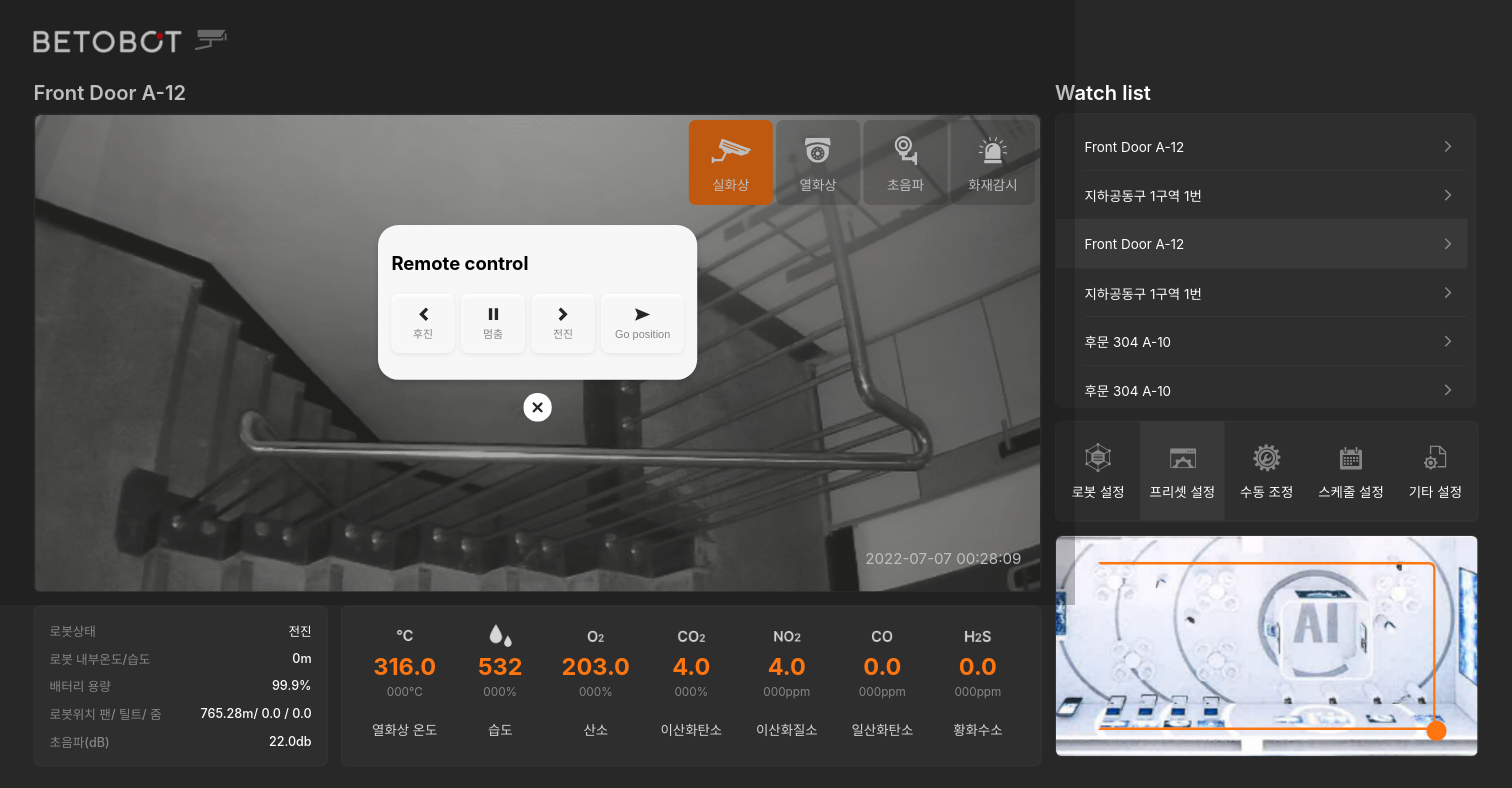
Repository: jang0ha/betobot
Page: content/main/main.html
An editor plug-in stored every save of this project. The page is shown before and after the next save, followed by the edit.
The browser window is 1280 px wide. The page is 1800 px wide, so the pictures cover 1800 px, including what lies to the right of the window. The pictures show the whole page, at 84% of full size.
Some web fonts or font styles are not loaded; a fallback is used. The style sheet was rebuilt from its Sass, Less or Tailwind sources for each picture, by a compiler version that may differ from the author's.

Above is the page before, as saved 2022-07-20 14:59:12.

### content/main/main.html
<!DOCTYPE html>
<html lang="en">

<head>
    <meta charset="UTF-8">
    <meta http-equiv="X-UA-Compatible" content="IE=edge">
    <!-- <meta name="viewport" content="width=device-width, initial-scale=1.0">
    <meta name="viewport" content="width=device-width, user-scalable=no, initial-scale=1.0"> -->
    <meta name="format-detection" content="telephone=no">
    <title>BETOBOT</title>

    <!-- 스타일 css -->
    <link rel="stylesheet" href="/resources/css/style.css">



    <!-- 제이쿼리 js -->
    <script src="/resources/js/jquery/jquery.min.js"></script>
    <script src="/resources/lib/jquery-ui/jquery-ui.min.js"></script>

    <!-- gsap -->
    <script src="/resources/lib/gsap/gsap.min.js"></script>
</head>
<body id="main">
    <div id="wrap">
        <!-- 헤더 -->
        <div id="header-block">
            <header>
                <div class="container">
                    <div class="header-wrap">
                        <a href="#none" class="logo-wrap">
                            <img src="../../resources/images/icon-logo.png" alt="BETOBOT 로고 이미지" class="logo">
                            <img src="../../resources/images/icon-camera.svg" alt="로고 카메라 이미지" class="logo-camera">
                        </a>
                    </div>
                </div>
            </header>
        </div>

        <!-- 컨텐츠 -->
        <div id="content-block">
            <main id="content" role="main">
                <div class="container">
                    <div class="row-wrap">
                        <!-- 왼쪽 시작-->
                        <div class="left-container">
                            <div class="title">Front Door A-12</div>
                            <div class="row-wrap">
                                <div class="front-list-wrap card" style="background-image:url('../../resources/images/@sample-front-img.png')">
                                    <div class="front-btn-wrap">
                                        <ul>
                                            <li>
                                                <a href="javascript:;"  class="active">
                                                    <i class="icon-front-camera"></i>
                                                    <p>실화상</p>
                                                </a>
                                            </li>
                                            <li>
                                                <a href="javascript:;" >
                                                    <i class="icon-front-temper"></i>
                                                    <p>열화상</p>
                                                </a>
                                            </li>
                                            <li>
                                                <a href="javascript:;">
                                                    <i class="icon-front-wave"></i>
                                                    <p>초음파</p>
                                                </a>
                                            </li>
                                            <li>
                                                <a href="javascript:;">
                                                    <i class="icon-front-fire"></i>
                                                    <p>화재감시</p>
                                                </a>
                                            </li>
                                        </ul>
                                    </div>

                                    <div class="front-date-wrap">
                                        2022-07-07 00:28:09
                                    </div>
                                </div>

                                <div class="row-wrap">
                                    <div class="robot-information-wrap card">
                                        <ul>
                                            <li>
                                                <span class="index">로봇상태</span>
                                                <span class="index-information">전진</span>
                                            </li>
                                            <li>
                                                <span class="index">로봇 내부온도/습도</span>
                                                <span class="index-information">0m</span>
                                            </li>
                                            <li>
                                                <span class="index">배터리 용량</span>
                                                <span class="index-information">99.9%</span>
                                            </li>
                                            <li>
                                                <span class="index">로봇위치 팬/ 틸트/ 줌</span>
                                                <span class="index-information">765.28m/ 0.0 / 0.0</span>
                                            </li>
                                            <li>
                                                <span class="index">초음파(dB)</span>
                                                <span class="index-information">22.0db</span>
                                            </li>
                                        </ul>
                                    </div>
                                    <div class="sensor-information-wrap card">
                                        <ul>
                                            <li>
                                                <i class="icon-info-temper"></i>
                                                <strong>316.0</strong>
                                                <small>000℃</small>
                                                <p class="name">열화상 온도</p>
                                            </li>
                                            <li>
                                                <i class="icon-info-humidity"></i>
                                                <strong>532</strong>
                                                <small>000%</small>
                                                <p class="name">습도</p>
                                            </li>
                                            <li>
                                                <i class="icon-info-o2"></i>
                                                <strong>203.0</strong>
                                                <small>000%</small>
                                                <p class="name">산소</p>
                                            </li>
                                            <li>
                                                <i class="icon-info-co2"></i>
                                                <strong>4.0</strong>
                                                <small>000%</small>
                                                <p class="name">이산화탄소</p>
                                            </li>
                                            <li>
                                                <i class="icon-info-no2"></i>
                                                <strong>4.0</strong>
                                                <small>000ppm</small>
                                                <p class="name">이산화질소</p>
                                            </li>
                                            <li>
                                                <i class="icon-info-co"></i>
                                                <strong>0.0</strong>
                                                <small>000ppm</small>
                                                <p class="name">일산화탄소</p>
                                            </li>
                                            <li>
                                                <i class="icon-info-h2s"></i>
                                                <strong>0.0</strong>
                                                <small>000ppm</small>
                                                <p class="name">황화수소</p>
                                            </li>
                                        </ul>
                                    </div>
                                </div>
                            </div>
                        </div>
                        <!-- 왼쪽 끝 -->

                        <!-- 오른쪽 시작  -->
                        <div class="right-container">
                            <div class="title">Watch list</div>
                            <div class="row-wrap">
                                <div class="watch-list-wrap card">
                                    <ul>
                                        <li><a href="javascript:;" ><div><span>Front Door A-12</span><i class="icon-arrow-right"></i></div></a></li>
                                        <li><a href="javascript:;" ><div><span>지하공동구 1구역 1번</span><i class="icon-arrow-right"></i></div></a></li>
                                        <li><a href="javascript:;" class="active"><div><span>Front Door A-12</span><i class="icon-arrow-right"></i></div></a></li>
                                        <li><a href="javascript:;" ><div><span>지하공동구 1구역 1번</span><i class="icon-arrow-right"></i></div></a></li>
                                        <li><a href="javascript:;" ><div><span>후문 304 A-10</span><i class="icon-arrow-right"></i></div></a></li>
                                        <li><a href="javascript:;" ><div><span>후문 304 A-10</span><i class="icon-arrow-right"></i></div></a></li>
                                    </ul>
                                </div>
                                <div class="watch-list-btn-wrap card">
                                    <ul>
                                        <li>
                                            <a href="javascript:;" >
                                                <i class="icon-menu-robot"></i>
                                                <p>로봇 설정</p>
                                            </a>
                                        </li>
                                        <li>
                                            <a href="javascript:;" class="active">
                                                <i class="icon-menu-preset"></i>
                                                <p>프리셋 설정</p>
                                            </a>
                                        </li>
                                        <li>
                                            <a href="javascript:;" >
                                                <i class="icon-menu-handwork"></i>
                                                <p>수동 조정</p>
                                            </a>
                                        </li>
                                        <li>
                                            <a href="javascript:;" >
                                                <i class="icon-menu-schedule"></i>
                                                <p>스케줄 설정</p>
                                            </a>
                                        </li>
                                        <li>
                                            <a href="javascript:;" >
                                                <i class="icon-menu-etc"></i>
                                                <p>기타 설정</p>
                                            </a>
                                        </li>
                                    </ul>
                                </div>
                                <div class="watch-map card" style="background-image: url('../../resources/images/@floor-plan.png');">
                                    <div class="line">
                                        <div class="robot"></div>
                                    </div>
                                </div>
                                <!-- <div class="m-5">
                                    <div class="mb-3 p-2 border d-inline"><button type="button" id="play"> 재생 </button></div>
                                    <div class="mb-3 p-2 border d-inline"><button type="button" id="pause"> 정지 </button></div>
                                    <input type="text" value="" placeholder="left(%)" id="leftVal">
                                    <input type="text" value="" placeholder="top(%)" id="topVal">
                                    <button type="button" onclick="moveRobot()"> 이동 </button>
                                </div>
                             -->
                            </div>
                        </div>
                        <!-- 오른쪽 끝 -->
                    </div>
                </div>
            </main>
        </div>
    </div>


    <!-- 팝업  수동 조절 시작 -->
    <div class="popup show">
        <div class="popup-content">
            <div class="popup-header">Remote control</div>
            <div class="popup-body">
                <div class="remote-direction-wrap">
                    <button type="button" class="remote-btn">
                            <i class="icon-remote-backup"></i>
                            <p>후진</p>
                    </button>
                    <button type="button" class="remote-btn">
                        <i class="icon-remote-pause"></i>
                        <p>멈춤</p>
                    </button>
                    <button type="button" class="remote-btn">
                        <i class="icon-remote-forward"></i>
                        <p>전진</p>
                    </button>
                    <button type="button" class="remote-btn position">
                        <i class="icon-remote-go-position"></i>
                        <p>Go position</p>
                    </button>
                </div>

                <div class="remote-ptz-wrap">

                </div>
            </div>
            <div class="close-btn">
                <i class="icon-popup-close"></i>
            </div>
        </div>

    </div>
    <!-- 팝업  수동 조절 끝 -->

    <script>
     $(document).ready(function () {
             // 자동으로 돔
             var tl_1 = new TimelineLite({
                repeat: -1,
            })
            tl_1.to('.robot', 3, {
                ease: Power0.easeNone,
                left: 98 + '%'
            })
            tl_1.to('.robot', 2, {
                ease: Power0.easeNone,
                top: 96 + '%'
            })
            tl_1.to('.robot', 3, {
                ease: Power0.easeNone,
                left: -2.3 + '%'
            })
            tl_1.to('.robot', 3, {
                ease: Power0.easeNone,
                left: 98 + '%'
            })
            tl_1.to('.robot', 2, {
                ease: Power0.easeNone,
                top: -5 + '%'
            })
            tl_1.to('.robot', 3, {
                ease: Power0.easeNone,
                left: -2.3 + '%'
            })
            // 재생
            var animationPlay = $('#play');
            animationPlay.on('click', function () {
                tl_1.play();
            })
            // 정지
            var animationPause = $('#pause');
            animationPause.on('click', function () {
                tl_1.pause();
            })


        })

        // 버튼 효과
        $(".watch-list-wrap li a").on("click", function(){
            $(".watch-list-wrap li a").removeClass("active");
            $(this).addClass("active");
        });

        $(".watch-list-btn-wrap li a").on("click", function(){
            $(".watch-list-btn-wrap li a").removeClass("active");
            $(this).addClass("active");
        });

        $(".front-btn-wrap li a").on("click", function(){
            $(".front-btn-wrap li a").removeClass("active");
            $(this).addClass("active");
        });
    </script>
</body>

</html>

Loaded but not shown: resources/js/jquery/jquery.min.js (library); resources/lib/jquery-ui/jquery-ui.min.js (library); resources/lib/gsap/gsap.min.js (library); resources/scss/style.scss (409 lines, source omitted)

After the next save:
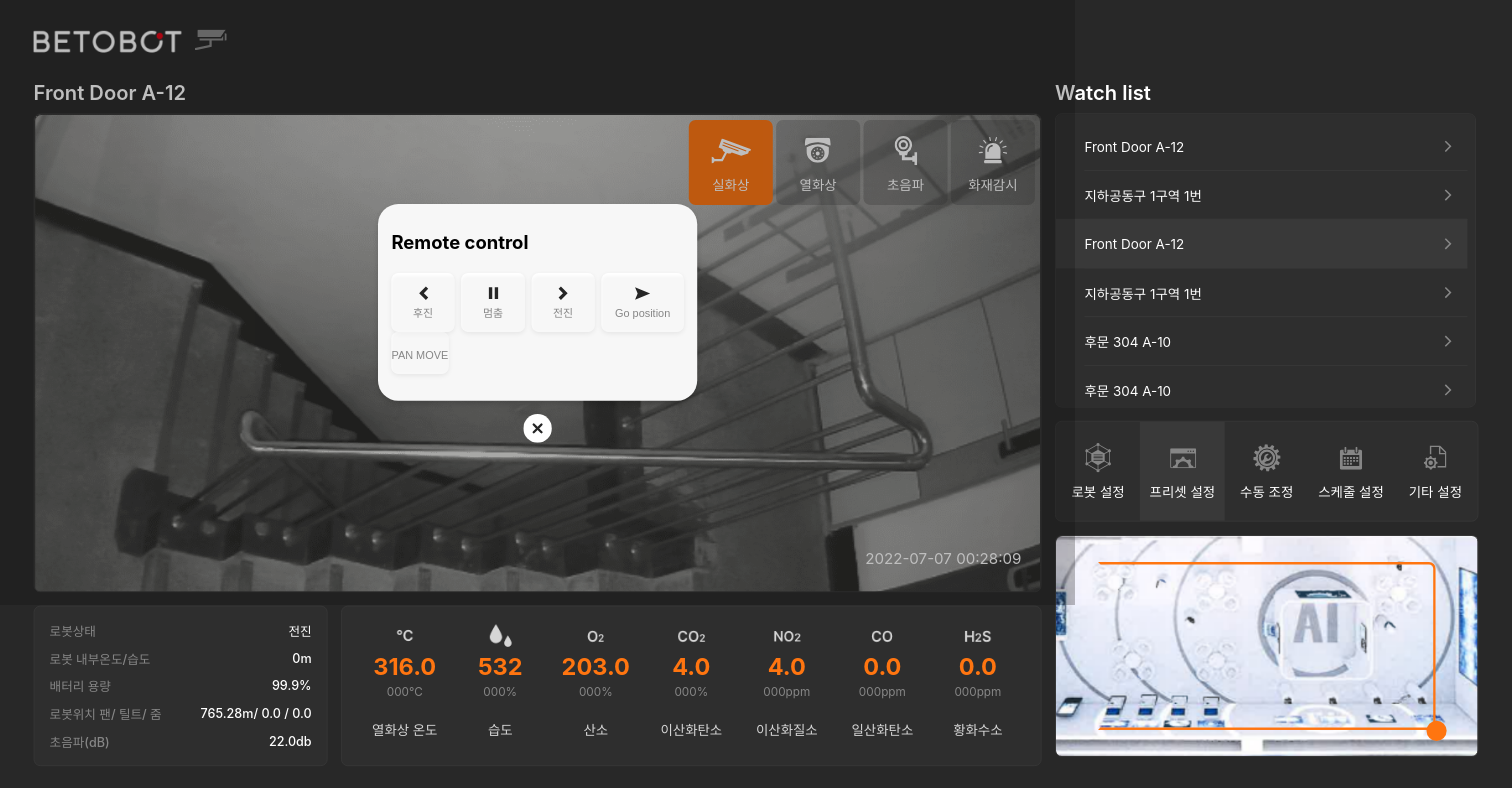
Saved 25 s later.
--- a/content/main/main.html
+++ b/content/main/main.html
@@ -253,7 +253,9 @@
                 </div>
 
                 <div class="remote-ptz-wrap">
-
+                    <button type="button" class="remote-btn position">
+                        <p>PAN MOVE</p>
+                    </button>
                 </div>
             </div>
             <div class="close-btn">
